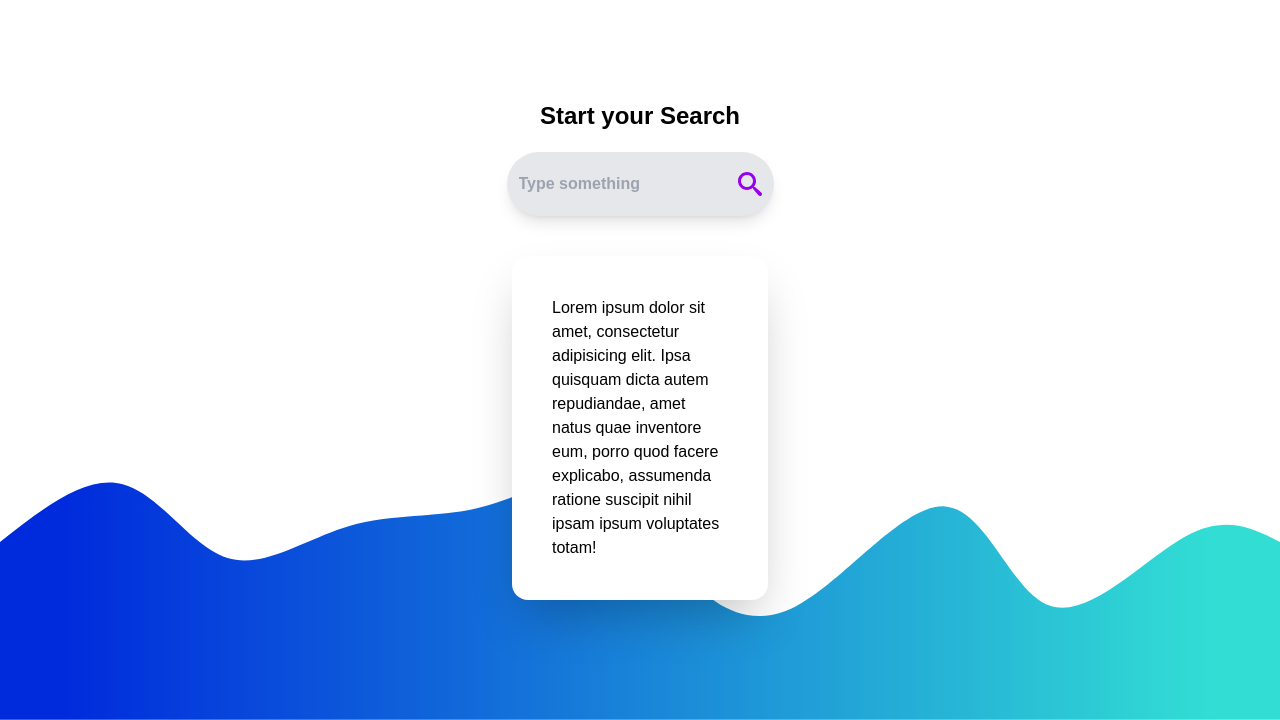
Repository: evergreenx/dictionary-octo
Page: /
The author's editor kept a copy of each file at every save. The page is drawn from the files as they stood at one save, then again after the next save.
The browser window is 1280 px wide. The pictures show the whole page.
The project was rebuilt for these pictures with package versions that can differ from the ones it lists, and the page was loaded fresh each time. The framework's server and built-in components were replaced by stand-ins that run in the browser. Also part of the build but not shown: next.config.js.

Above is the page before, as saved 2022-04-30 15:17:07.

### pages/index.js
import Head from "next/head";
import Image from "next/image";
import bgimage from "../public/bg.svg";

import { ImSearch } from "react-icons/im";
import RandomWord from "../components/RandomWord";

export default function Home() {
  return (
    <div>
      <Head>
        <title>Create Next App</title>
        <meta name="description" content="Generated by create next app" />
        <link rel="icon" href="/favicon.ico" />
      </Head>

      <main className=" py-20">
        <section className="input--container pb-10 flex flex-col justify-center items-center ">
          <h1 className="text-2xl font-bold text-center py-5">
            Start your Search
          </h1>

          <div className="flex items-center bg-gray-200 shadow-lg rounded-full py-3 px-3">
            <input
              className="input--text bg-gray-200 font-bold outline-none py-2"
              type="text"
              placeholder="Type something"
            />

            <ImSearch className="text-[#9900efff] text-2xl" />
          </div>
        </section>

        <section>
          <RandomWord />
        </section>
      </main>
    </div>
  );
}

### styles/globals.css
@tailwind base;
@tailwind components;
@tailwind utilities;

@import url("https://fonts.googleapis.com/css2?family=Quicksand&display=swap");

* {
  box-sizing: border-box;
  margin: 0;
  padding: 0;
}

body {
  background-image: url("../public/bg.svg");
  background-repeat: no-repeat;
  background-size: contain;
  background-position: bottom;

  height: 100vh;
  font-family: "Quicksand", sans-serif;
}

a {
  color: inherit;
  text-decoration: none;
}

### components/RandomWord.js
import React from "react";

const RandomWord = () => {
  return (
    <div className="bg-white rounded-2xl shadow-2xl p-10 w-64 container mx-auto">
      Lorem ipsum dolor sit amet, consectetur adipisicing elit. Ipsa quisquam
      dicta autem repudiandae, amet natus quae inventore eum, porro quod facere
      explicabo, assumenda ratione suscipit nihil ipsam ipsum voluptates totam!
    </div>
  );
};

export default RandomWord;

Loaded but not shown: pages/_app.js (common file); tailwind.config.js (common file)

After the next save:
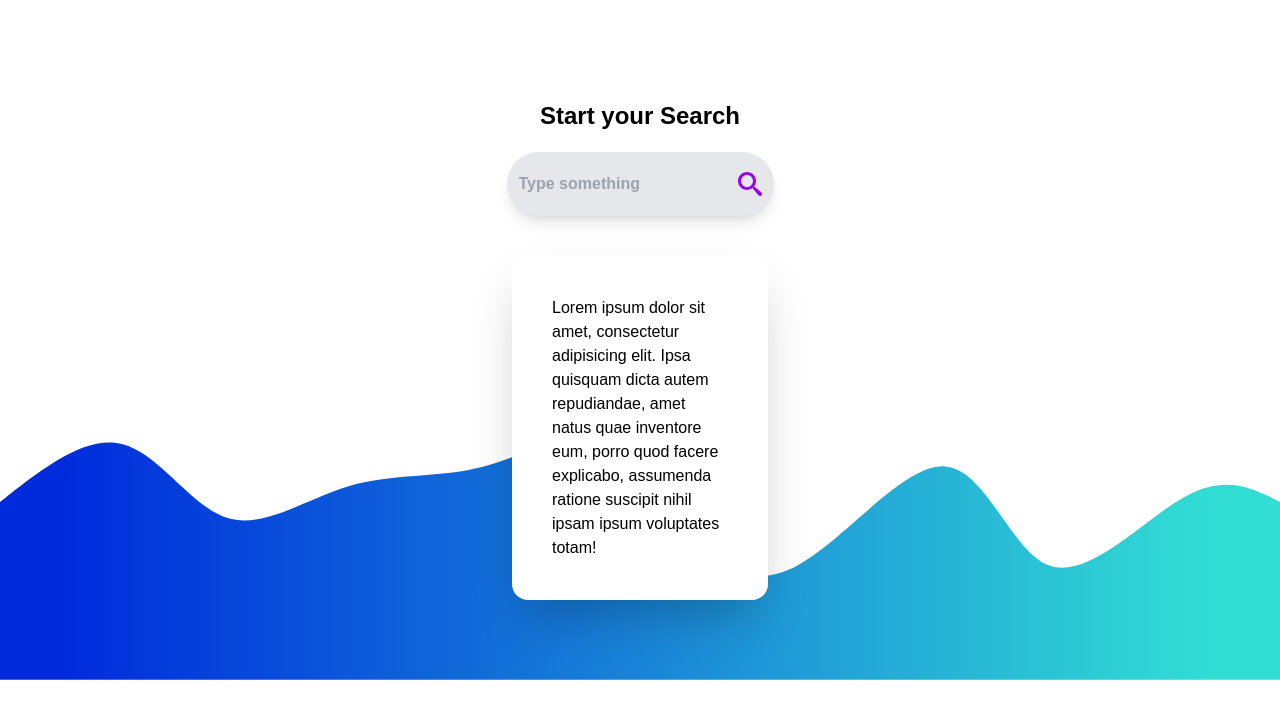
Saved 60 s later.
--- a/styles/globals.css
+++ b/styles/globals.css
@@ -16,7 +16,7 @@ body {
   background-size: contain;
   background-position: bottom;
 
-  height: 100vh;
+  /* height: 100vh; */
   font-family: "Quicksand", sans-serif;
 }
 
